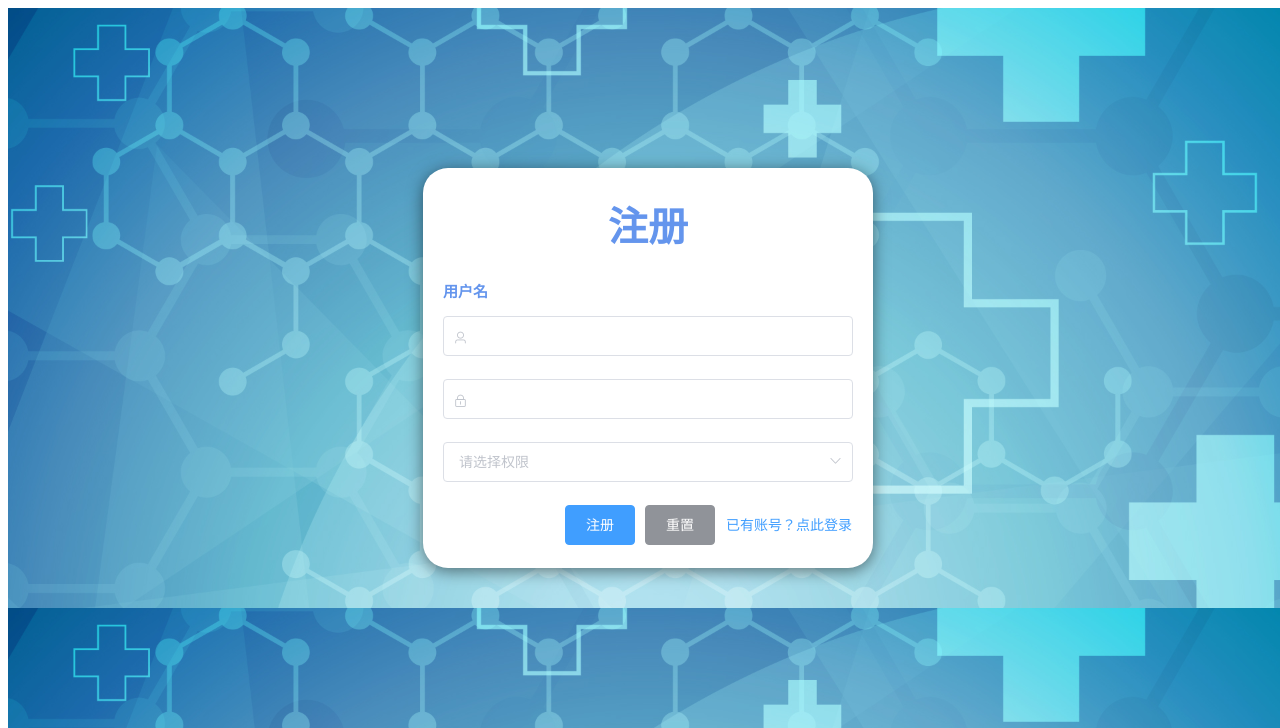
Repository: ShaoCHis/WEB-SOA-frontEnd
Page: /#/register
An editor plug-in stored every save of this project. The page is shown before and after the next save, followed by the edit.
The browser window is 1280 px wide. The pictures show the whole page.
The project was rebuilt for these pictures with package versions that can differ from the ones it lists, and the page was loaded fresh each time. Also part of the build but not shown: src/components/Login.vue, src/components/test.vue, src/components/test2.vue, src/components/Admin/ManagePage.vue, src/components/Hospital/HMainPage.vue, src/components/Patient/MainPage.vue.

Above is the page before, as saved 2021-11-16 18:51:44.

After the next save:
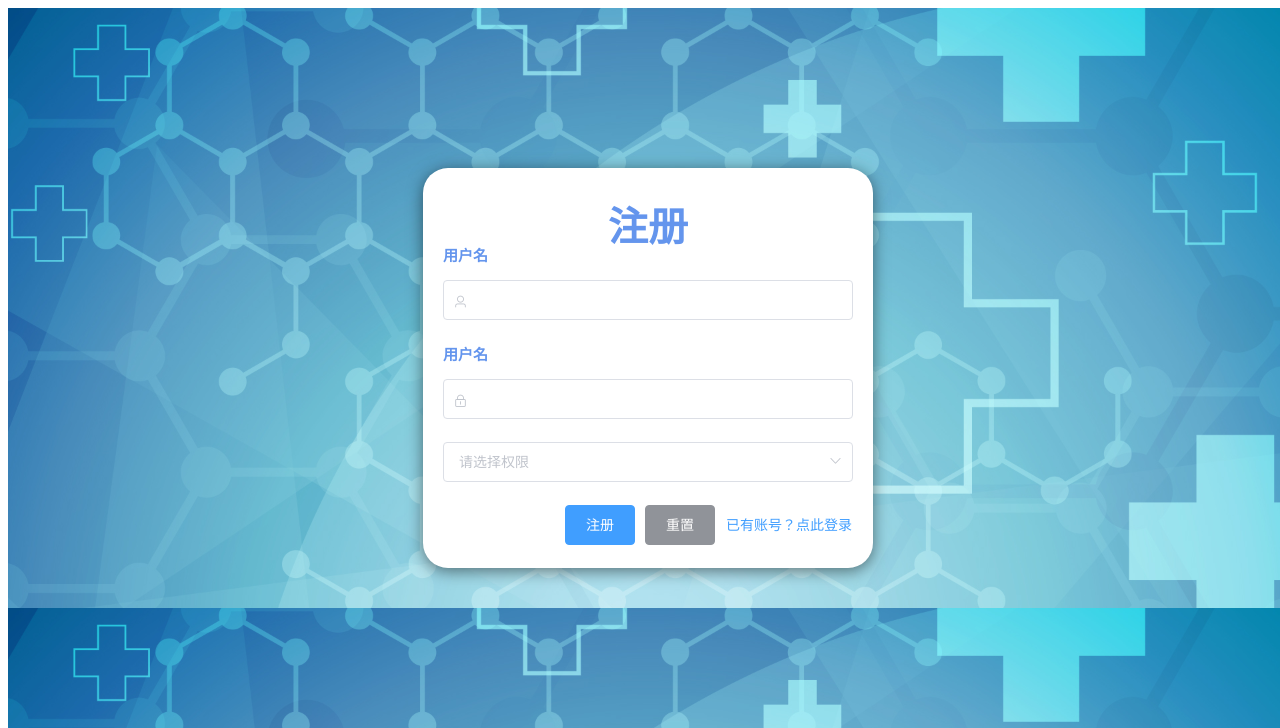
Saved 22 s later.
--- a/src/components/Register.vue
+++ b/src/components/Register.vue
@@ -19,6 +19,9 @@
                      <el-input v-model="registerForm.userid" prefix-icon="el-icon-user"></el-input>
                 </el-form-item>
                 <!-- 密码 -->
+                <div class="item-name">
+                        <p>用户名</p>
+                    </div>
                 <el-form-item prop="password">
                      <el-input v-model="registerForm.password" prefix-icon="el-icon-lock"
                      type="password"></el-input>
